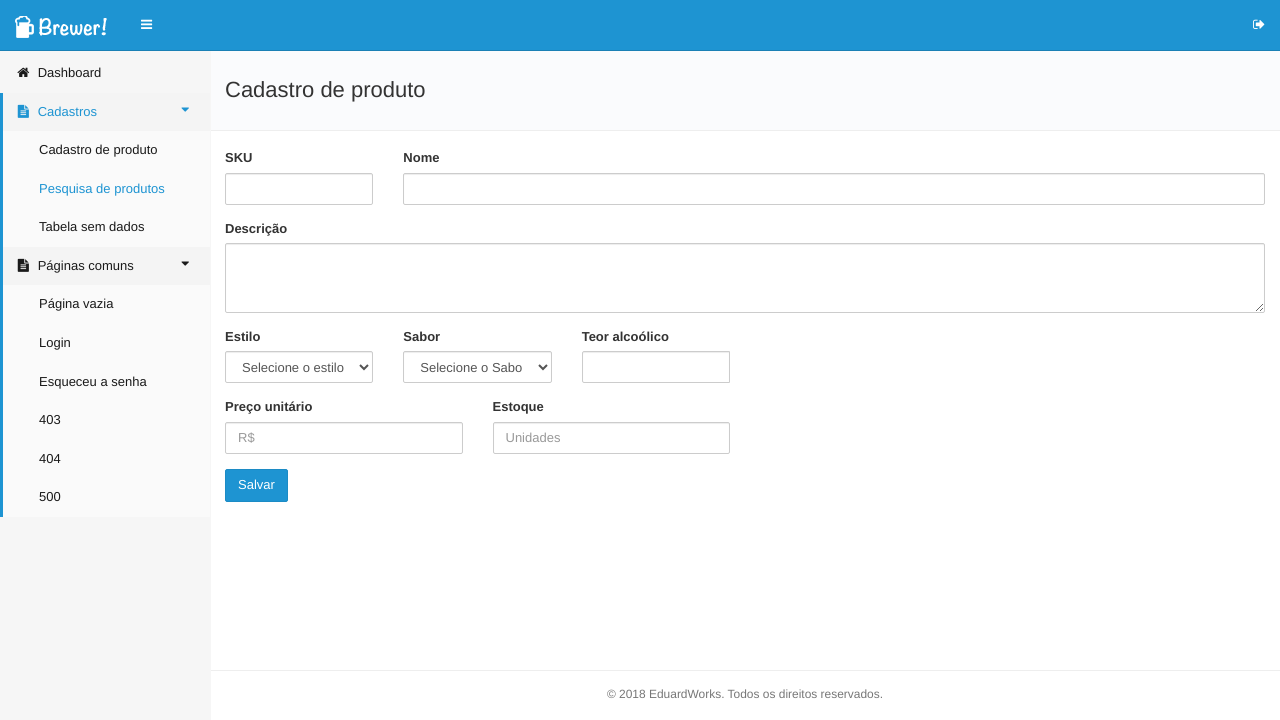
Repository: dumuller/spring-expert
Page: http://localhost/cerveja/CadastroCerveja
An editor plug-in stored every save of this project. The page is shown before and after the next save, followed by the edit.
The browser window is 1280 px wide. The pictures show the whole page.
The page is this project's Thymeleaf template; nobody is signed in. The template is opened directly, without the code that normally fills it, so the values that code supplies are empty.

Above is the page before, as saved 2018-12-10 16:40:46.

After the next save:
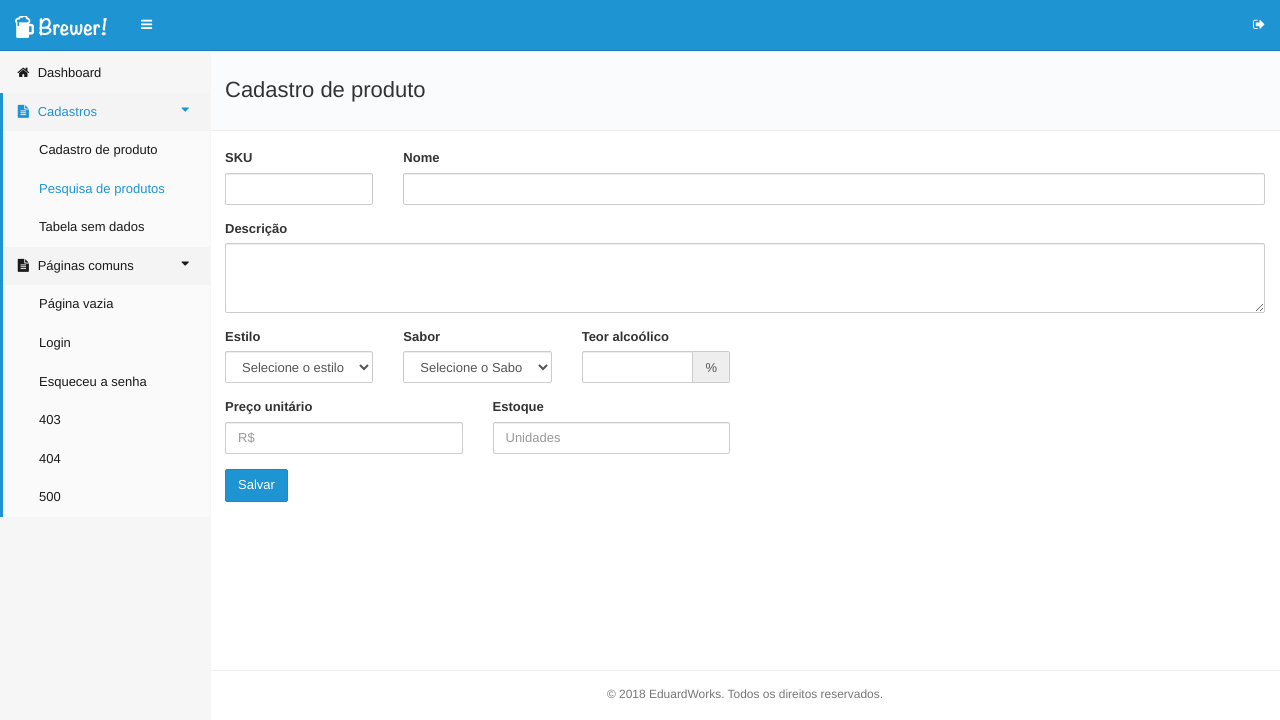
Saved 40 s later.
--- a/brewer/src/main/resources/templates/cerveja/CadastroCerveja.html
+++ b/brewer/src/main/resources/templates/cerveja/CadastroCerveja.html
@@ -157,7 +157,7 @@
 							<label for="teorAlcoolico">Teor alcoólico</label>
 							<div class="input-group">
 								<input id="teorAlcoolico" type="text" class="form-control"/>
-								<div></div>
+								<div class="input-group-addon">%</div>
 							</div>
 
 						</div>
